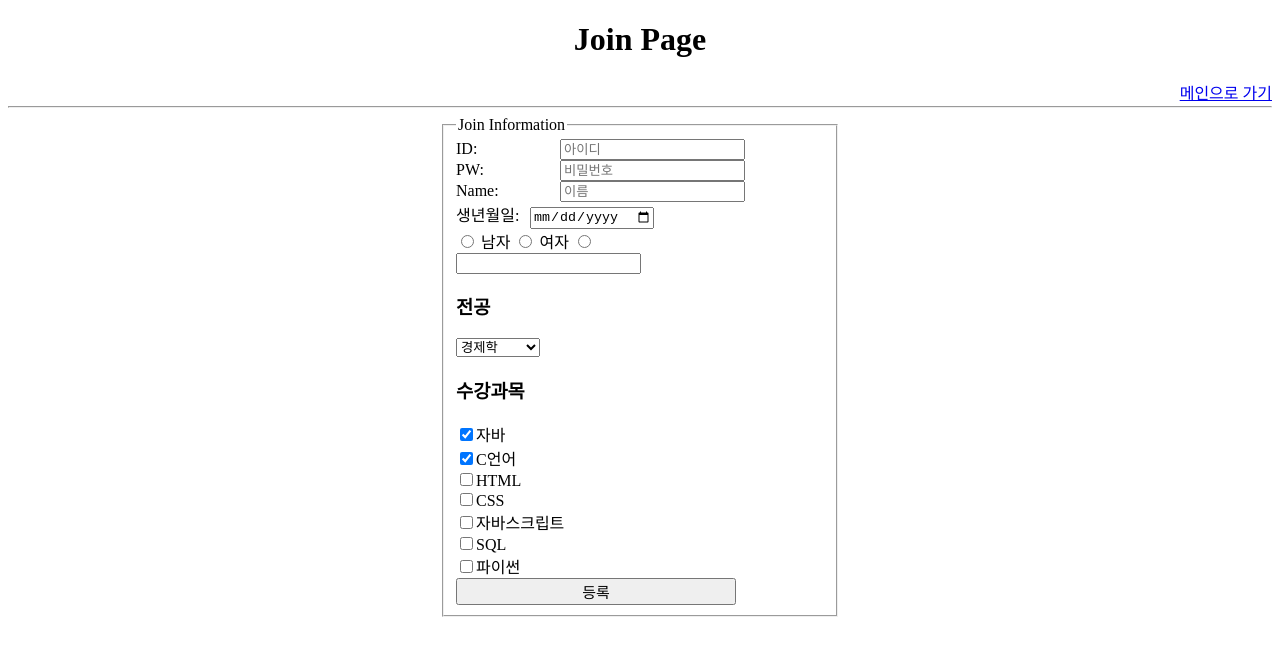
Repository: ByeonYJ/CSSTest
Page: GMSUI/WebContent/member/join.html
The author's editor kept a copy of each file at every save. The page is drawn from the files as they stood at one save, then again after the next save.
The browser window is 1280 px wide. The pictures show the whole page.

Above is the page before, as saved 2017-07-20 03:30:18.

### GMSUI/WebContent/member/join.html
<!DOCTYPE html>
<html>
<head>
<meta charset="UTF-8">
<title>Insert title here</title>
<style>
.text-center{text-align: center;}
.border-black{border: 1px solid black;}
.width-30pro{width:30%}
.text-deco-none{text-decoration: none;}
.table-border{border-collapse: collapse;}
.margin-auto{margin:0 auto;}
.list-none{list-style-type:none;}
.inline-block{display:inline-block}
.bgcolor-yellow{background-color:yellow;}
.bgcolor-red{background-color:red;}
.bgcolor-blue{background-color:blue;}
.float-right{float:right}
</style>
</head>
<body>
<div id="wrapper" class="width-100pro">
<h1 style="text-align: center;">Join Page</h1>
<a href="..index.html"class="float-right">메인으로 가기</a><br/>
<hr/>
</div>
<div id="container" class="margin-auto" style="width: 400px">
	<form id="join_form "action="">
		<fieldset>
		<legend>Join Information</legend>
			<span style="width: 100px; display: inline-block;">ID: </span>
			<input name="id" type="text" placeholder="아이디" /><br />
			<span style="width: 100px; display: inline-block;">PW: </span>
			<input name="password" type="password" placeholder="비밀번호"/><br />
			<span style="width: 100px; display: inline-block;">Name: </span>
			<input name="name" type="text" placeholder="이름"/><br />
			<span style="width: 70px; display: inline-block;">생년월일: </span>
			<input name="birthday" type="date" placeholder="생년월일"/><br />
			<input type="radio" name="gender" value="male"/> 남자
			<input type="radio" name="gender" value="female"/> 여자
			<input type="radio" name="gender" value="female"/>
			<br />
			<input type="email" name="email"/>
			<h3>전공</h3>
			<select name=major"" id="">
				<option value="computer" >컴퓨터공학</option>
				<option value="economics" selected="selected">경제학</option>
				<option value="tourism">관광학</option>
				<option value="art">미술학</option>
			</select><br />
			<h3>수강과목</h3>
			<input type="checkbox" name="subject" value="java" checked/>자바<br />
			<input type="checkbox" name="subject" value="c" checked/>C언어<br />
			<input type="checkbox" name="subject" value="html"/>HTML<br />
			<input type="checkbox" name="subject" value="css"/>CSS<br />
			<input type="checkbox" name="subject" value="javascript"/>자바스크립트<br />
			<input type="checkbox" name="subject" value="sql"/>SQL<br />
			<input type="checkbox" name="subject" value="python"/>파이썬<br />
			<input type="submit" value="등록" style="bgcolor-blue color: white; font-size: 15px; width: 280px;/>
			<input type="reset" value="취소" style="bgcolor-red color: white; font-size: 15px; width: 280px;"/>
		</fieldset>
	</form>
</div>
</div>
</body>
</html>

After the next save:
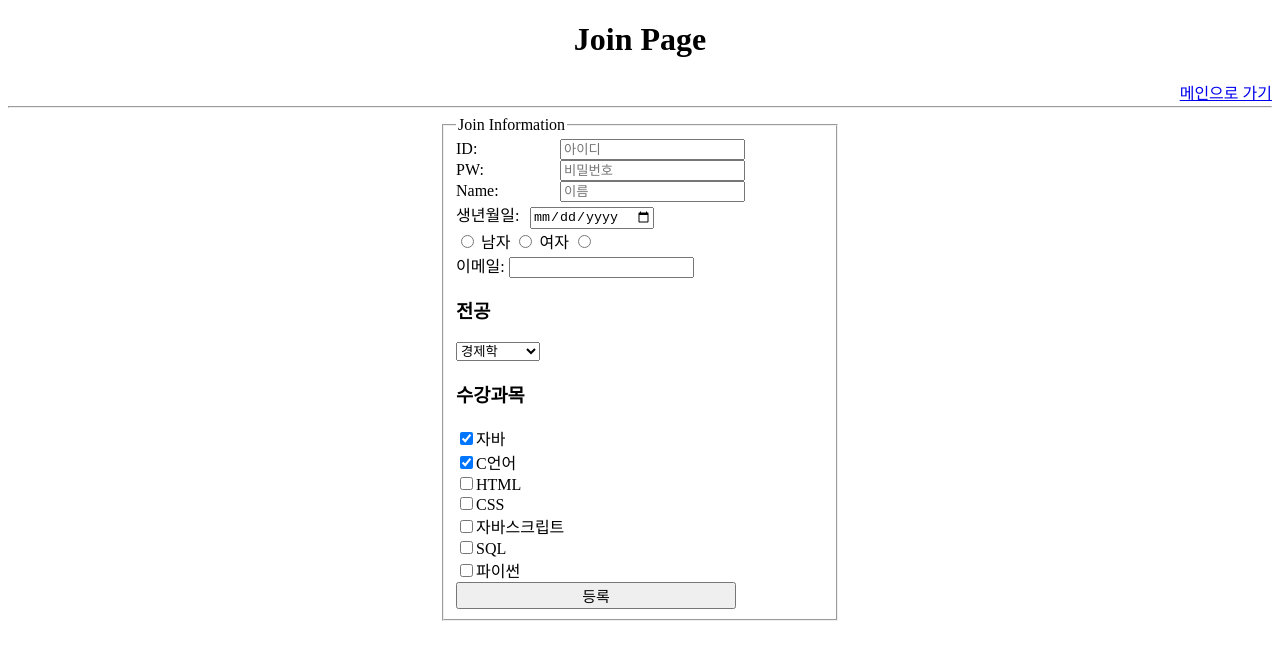
Saved 30 s later.
--- a/GMSUI/WebContent/member/join.html
+++ b/GMSUI/WebContent/member/join.html
@@ -40,7 +40,7 @@
 			<input type="radio" name="gender" value="female"/> 여자
 			<input type="radio" name="gender" value="female"/>
 			<br />
-			<input type="email" name="email"/>
+			이메일: <input type="email" name="email"/>
 			<h3>전공</h3>
 			<select name=major"" id="">
 				<option value="computer" >컴퓨터공학</option>
